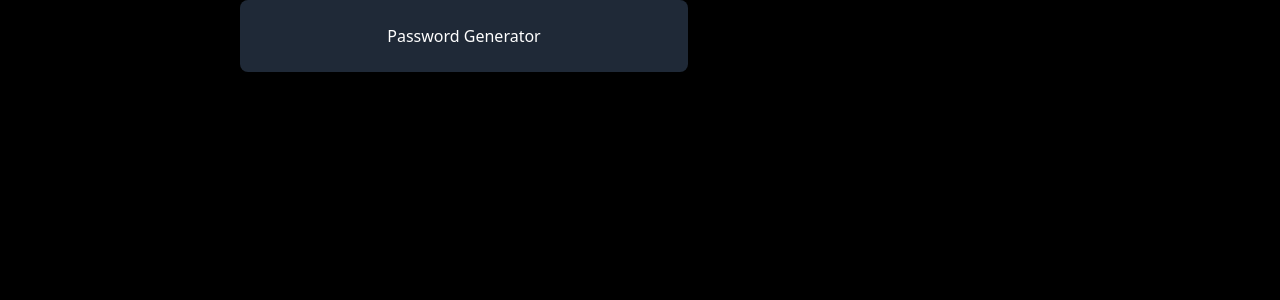
Repository: Abdul-Moeid-Rao/React-Projects
Page: / (app in 05passwordGenrator/)
The author's editor kept a copy of each file at every save. The page is drawn from the files as they stood at one save, then again after the next save.
The browser window is 1280 px wide. The pictures show the whole page.
The project was rebuilt for these pictures with package versions that can differ from the ones it lists, and the page was loaded fresh each time. Also part of the build but not shown: 05passwordGenrator/vite.config.js.

Above is the page before, as saved 2024-07-14 21:18:50.

After the next save:
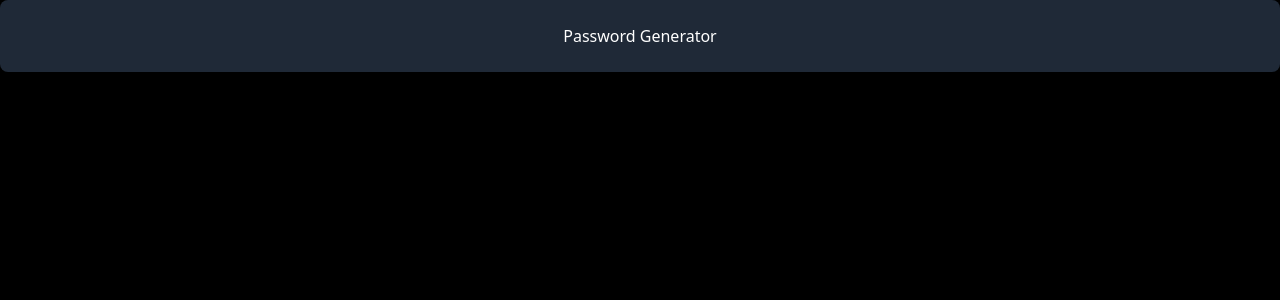
Saved 23 s later.
--- a/05passwordGenrator/src/App.jsx
+++ b/05passwordGenrator/src/App.jsx
@@ -26,7 +26,7 @@ function App() {
   }, [length, number, char, passGenerator])
 
   return (
-    <div className='w-full max-w-md max-auto shadow-md rounded-lg px-4 py-3 mx-60 bg-gray-800 text-orange-500 justify-center'>
+    <div className='w-full max-auto shadow-md rounded-lg px-4 py-3 mx-90 bg-gray-800 text-orange-500 justify-center'>
       <h1 className='text-white text-center my-3'>Password Generator</h1>
     </div>
   )
